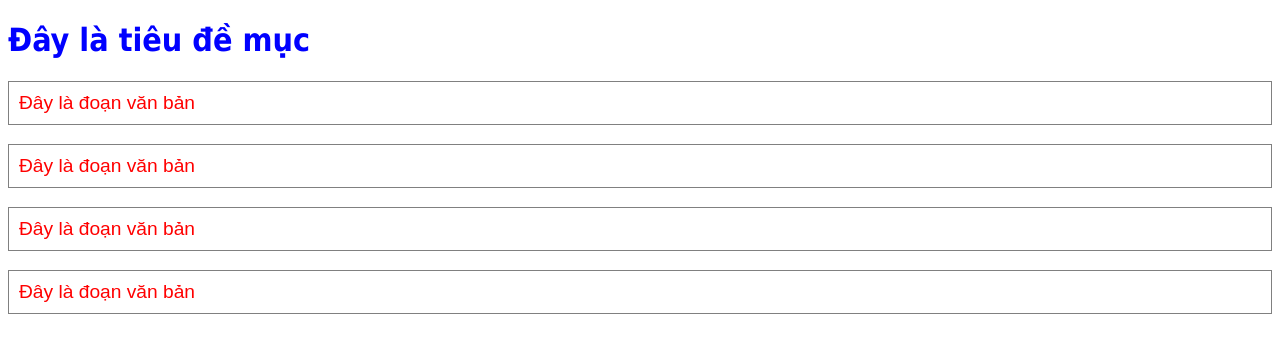
Repository: congle98/CSS_demo1
Page: index.html
These files come from the project's save history. The page is drawn as it stood at one moment and after a run of saves; the edit follows.
The browser window is 1280 px wide. The pictures show the whole page.

Above is the page before, as saved 2021-05-26 11:48:15.

After the next 3 saves:
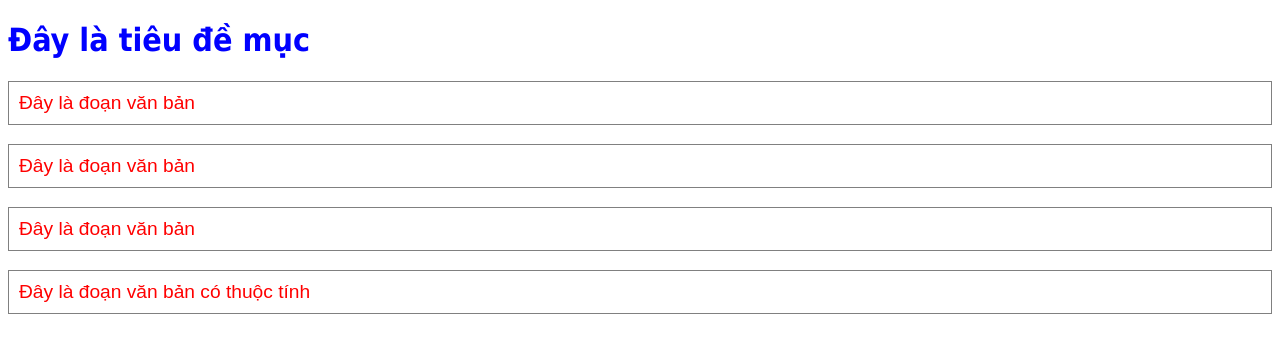
The 3 saves are shown as one change because they came seconds apart.
The last was saved 8 s later.
--- a/index.html
+++ b/index.html
@@ -27,6 +27,6 @@
     <p>Đây là đoạn văn bản</p>
     <p>Đây là đoạn văn bản</p>
     <p>Đây là đoạn văn bản</p>
-    <p>Đây là đoạn văn bản</p>
+    <p id="">Đây là đoạn văn bản có thuộc tính</p>
 </body>
 </html>
